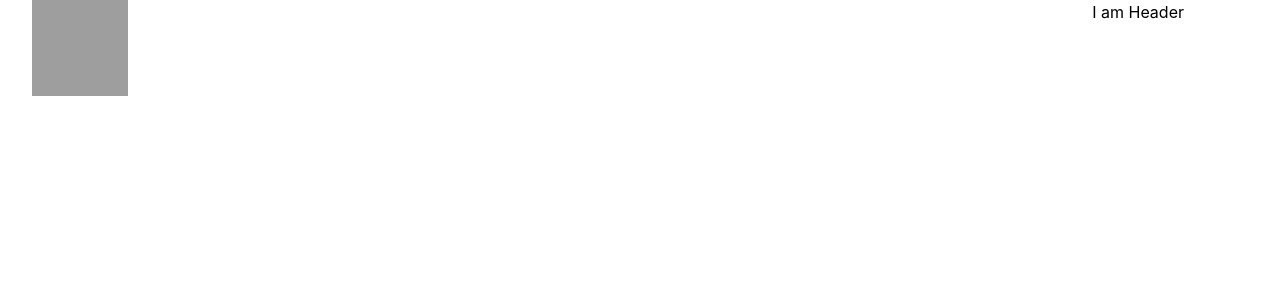
Repository: SehajBindra/insta--clone
Page: /
An editor plug-in stored every save of this project. The page is shown before and after the next save, followed by the edit.
The browser window is 1280 px wide. The pictures show the whole page.
Pictures or frames that could not be fetched are drawn as grey boxes. The project was rebuilt for these pictures with package versions that can differ from the ones it lists, and the page was loaded fresh each time. The framework's server and built-in components were replaced by stand-ins that run in the browser. Also part of the build but not shown: next.config.js.

Above is the page before, as saved 2022-04-11 01:08:28.

### pages/index.js
import Head from 'next/head'
import Image from 'next/image'
import Header from '../components/Header'
import styles from '../styles/Home.module.css'

export default function Home() {
  return (
    <div className={styles.container}>
      <Head>
        <title>Instagram</title>
        <meta name="description" content="Generated by create next app" />
        <link rel="icon" href="https://upload.wikimedia.org/wikipedia/commons/thumb/a/a5/Instagram_icon.png/600px-Instagram_icon.png" />

      </Head>
      <Header />

    </div>
  )
}

### components/Header.js
import React from 'react'
import Image from 'next/image';
function Header() {
  return (
    <div>
    <div className='flex justify-between max-w-6xl '>

    <div className='relative w-24 h-24'>
        <Image src= "https://links.papareact.com/ocw" layout="fill" />
    </div>

    <h1>I am Header</h1>
    </div>
    </div>
  )
}

export default Header

### tailwind.config.js
module.exports = {
  content: ["./pages/**/*.{js,ts,jsx,tsx}",
  "./components/**/*.{js,ts,jsx,tsx}",],
  theme: {
    extend: {},
  },
  plugins: [],
}

Loaded but not shown: pages/_app.js (common file); styles/globals.css (common file); styles/Home.module.css (common file)

After the next save:
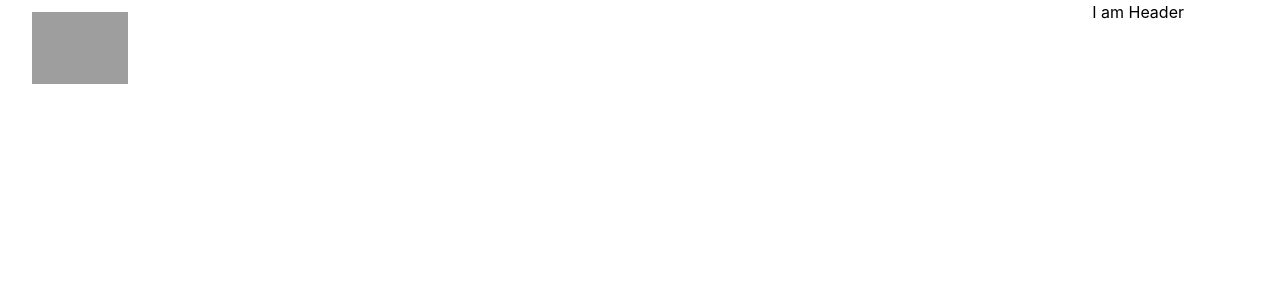
Saved 55 s later.
--- a/components/Header.js
+++ b/components/Header.js
@@ -6,7 +6,7 @@
     <div className='flex justify-between max-w-6xl '>
 
     <div className='relative w-24 h-24'>
-        <Image src= "https://links.papareact.com/ocw" layout="fill" />
+        <Image src= "https://links.papareact.com/ocw" layout="fill" objectFit='contain' />
     </div>
 
     <h1>I am Header</h1>
